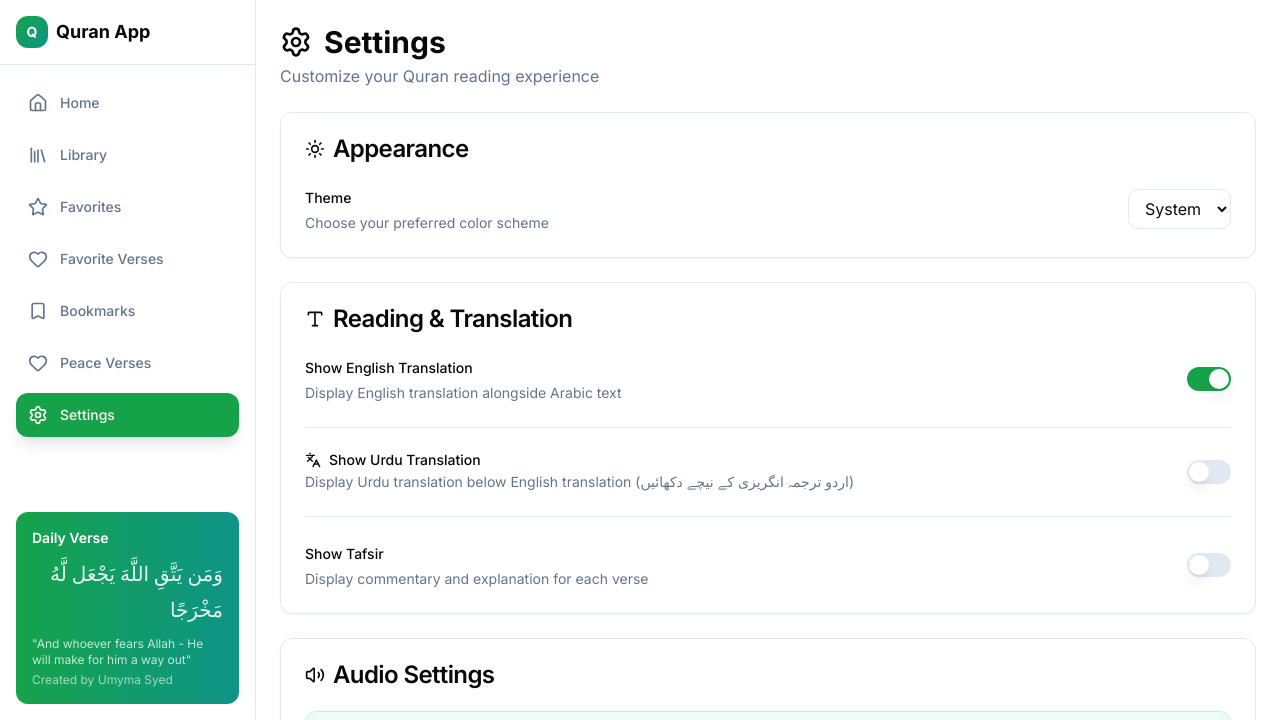
Repository: umymasyed/QuranApp
Page: /settings
An editor plug-in stored every save of this project. The page is shown before and after the next save, followed by the edit.
The browser window is 1280 px wide. The pictures show the whole page.
An inner scrolling area shows only its first screen. The project was rebuilt for these pictures with package versions that can differ from the ones it lists, and the page was loaded fresh each time. The framework's server and built-in components were replaced by stand-ins that run in the browser. Also part of the build but not shown: next.config.mjs, components/audio-player.tsx.

Above is the page before, as saved 2025-07-27 19:16:47.

### app/layout.tsx
import type React from "react"
import type { Metadata } from "next"
import { Inter } from "next/font/google"
import "./globals.css"
import { ThemeProvider } from "@/components/theme-provider"
import { AudioProvider } from "@/components/audio-provider"
import { AppLayout } from "@/components/app-layout"

const inter = Inter({ subsets: ["latin"] })

export const metadata: Metadata = {
  title: "Quran App - Modern Audio Experience",
  description: "A modern Quran app with Spotify-style UI for audio recitation",
  manifest: "/manifest.json",
  icons: {
    icon: [
      { url: "/favroite.png", sizes: "192x192", type: "image/png" },
      { url: "/favroite.png", sizes: "512x512", type: "image/png" },
    ],
    apple: [{ url: "/favroite.png", sizes: "192x192", type: "image/png" }],
  },
  generator: 'v0.dev'
}

export default function RootLayout({
  children,
}: {
  children: React.ReactNode
}) {
  return (
    <html lang="en" suppressHydrationWarning>
      <head>
        <meta name="theme-color" content="#16a34a" />
        <meta name="apple-mobile-web-app-capable" content="yes" />
        <meta name="apple-mobile-web-app-status-bar-style" content="default" />
        <meta name="apple-mobile-web-app-title" content="Quran App" />

        {/* ✅ Added manifest & icon links below */}
        <link rel="manifest" href="/manifest.json" />
        <link rel="icon" href="/favroite.png" />
        <link rel="apple-touch-icon" href="/favroite.png" sizes="192x192" />
      </head>
      <body className={inter.className}>
        <ThemeProvider attribute="class" defaultTheme="system" enableSystem>
          <AudioProvider>
            <AppLayout>{children}</AppLayout>
          </AudioProvider>
        </ThemeProvider>
      </body>
    </html>
  )
}

### app/settings/page.tsx
"use client"

import { useState, useEffect } from "react"
import { Settings, Sun, Type, Volume2, Trash2, Download, BookOpen, Languages } from "lucide-react"
import { Button } from "@/components/ui/button"
import { Card, CardContent, CardHeader, CardTitle } from "@/components/ui/card"
import { Switch } from "@/components/ui/switch"
import { Label } from "@/components/ui/label"
import { Select, SelectContent, SelectItem, SelectTrigger, SelectValue } from "@/components/ui/select"
import { Slider } from "@/components/ui/slider"
import { Separator } from "@/components/ui/separator"
import { useTheme } from "next-themes"
import { storage } from "@/lib/storage"
import type { UserPreferences } from "@/lib/types"

export default function SettingsPage() {
  const { theme, setTheme } = useTheme()
  const [preferences, setPreferences] = useState<UserPreferences>({
    theme: "light",
    showTranslation: true,
    showUrduTranslation: false,
    showTafsir: false,
    autoPlay: false,
    surahPageVerseAutoPlay: false,
    selectedReciter: 1,
    selectedVerseReciter: 1,
    verseAudioEnabled: true,
    defaultVolume: 70,
  })

  useEffect(() => {
    setPreferences(storage.getPreferences())
  }, [])

  const updatePreference = (key: keyof UserPreferences, value: any) => {
    const newPreferences = { ...preferences, [key]: value }
    setPreferences(newPreferences)
    storage.setPreferences(newPreferences)
  }

  const clearAllData = () => {
    if (
      confirm("Are you sure you want to clear all app data? This will remove all bookmarks, history, and preferences.")
    ) {
      storage.clearAll()
      setPreferences({
        theme: "light",
        showTranslation: true,
        showUrduTranslation: false,
        showTafsir: false,
        autoPlay: false,
        surahPageVerseAutoPlay: false,
        selectedReciter: 1,
        selectedVerseReciter: 1,
        verseAudioEnabled: true,
        defaultVolume: 70,
      })
      alert("All data has been cleared.")
    }
  }

  return (
    <div className="p-6 space-y-6">
      {/* Header */}
      <div className="space-y-1">
        <h1 className="text-3xl font-bold flex items-center">
          <Settings className="h-8 w-8 mr-3" />
          Settings
        </h1>
        <p className="text-muted-foreground">Customize your Quran reading experience</p>
      </div>

      {/* Appearance Settings */}
      <Card>
        <CardHeader>
          <CardTitle className="flex items-center">
            <Sun className="h-5 w-5 mr-2" />
            Appearance
          </CardTitle>
        </CardHeader>
        <CardContent className="space-y-6">
          <div className="flex items-center justify-between">
            <div className="space-y-1">
              <Label>Theme</Label>
              <p className="text-sm text-muted-foreground">Choose your preferred color scheme</p>
            </div>
            <select
              value={theme}
              onChange={(e) => setTheme(e.target.value)}
              className="px-3 py-2 border rounded-md bg-background"
            >
              <option value="light">Light</option>
              <option value="dark">Dark</option>
              <option value="system">System</option>
            </select>
          </div>
        </CardContent>
      </Card>

      {/* Reading Settings */}
      <Card>
        <CardHeader>
          <CardTitle className="flex items-center">
            <Type className="h-5 w-5 mr-2" />
            Reading & Translation
          </CardTitle>
        </CardHeader>
        <CardContent className="space-y-6">
          <div className="flex items-center justify-between">
            <div className="space-y-1">
              <Label>Show English Translation</Label>
              <p className="text-sm text-muted-foreground">Display English translation alongside Arabic text</p>
            </div>
            <Switch
              checked={preferences.showTranslation}
              onCheckedChange={(checked) => updatePreference("showTranslation", checked)}
            />
          </div>

          <Separator />

          <div className="flex items-center justify-between">
            <div className="space-y-1">
              <Label className="flex items-center">
                <Languages className="h-4 w-4 mr-2" />
                Show Urdu Translation
              </Label>
              <p className="text-sm text-muted-foreground">
                Display Urdu translation below English translation (اردو ترجمہ انگریزی کے نیچے دکھائیں)
              </p>
            </div>
            <Switch
              checked={preferences.showUrduTranslation}
              onCheckedChange={(checked) => updatePreference("showUrduTranslation", checked)}
              disabled={!preferences.showTranslation}
            />
          </div>

          {!preferences.showTranslation && (
            <div className="bg-amber-50 dark:bg-amber-900/20 p-3 rounded-lg border border-amber-200 dark:border-amber-800">
              <p className="text-sm text-amber-800 dark:text-amber-200">
                Enable "Show English Translation" first to use Urdu translation
              </p>
            </div>
          )}

          <Separator />

          <div className="flex items-center justify-between">
            <div className="space-y-1">
              <Label>Show Tafsir</Label>
              <p className="text-sm text-muted-foreground">Display commentary and explanation for each verse</p>
            </div>
            <Switch
              checked={preferences.showTafsir}
              onCheckedChange={(checked) => updatePreference("showTafsir", checked)}
            />
          </div>
        </CardContent>
      </Card>

      {/* Audio Settings */}
      <Card>
        <CardHeader>
          <CardTitle className="flex items-center">
            <Volume2 className="h-5 w-5 mr-2" />
            Audio Settings
          </CardTitle>
        </CardHeader>
        <CardContent className="space-y-6">
          <div className="bg-green-50 dark:bg-green-900/20 p-4 rounded-lg border border-green-200 dark:border-green-800">
            <div className="flex items-center space-x-3">
              <div className="w-12 h-12 bg-gradient-to-br from-green-600 to-teal-600 rounded-lg flex items-center justify-center">
                <Volume2 className="h-6 w-6 text-white" />
              </div>
              <div>
                <h3 className="font-semibold text-green-800 dark:text-green-200">Mishary Rashid Al Afasy</h3>
                <p className="text-sm text-green-600 dark:text-green-300 arabic-text">مشاري بن راشد العفاسي</p>
                <p className="text-xs text-green-600 dark:text-green-400">Premium Reciter - Beautiful Voice</p>
              </div>
            </div>
          </div>

          <div className="flex items-center justify-between">
            <div className="space-y-1">
              <Label>Auto Play</Label>
              <p className="text-sm text-muted-foreground">
                Enable autoplay for surah-to-surah playback. Also required for verse-to-verse autoplay (along with surah
                page setting).
              </p>
            </div>
            <Switch
              checked={preferences.autoPlay}
              onCheckedChange={(checked) => updatePreference("autoPlay", checked)}
            />
          </div>

          <Separator />

          <div className="flex items-center justify-between">
            <div className="space-y-1">
              <Label>Verse Audio</Label>
              <p className="text-sm text-muted-foreground">Enable individual verse audio playback buttons</p>
            </div>
            <Switch
              checked={preferences.verseAudioEnabled}
              onCheckedChange={(checked) => updatePreference("verseAudioEnabled", checked)}
            />
          </div>

          <Separator />

          <div className="space-y-3">
            <div className="flex items-center justify-between">
              <Label>Default Volume</Label>
              <span className="text-sm text-muted-foreground">{preferences.defaultVolume}%</span>
            </div>
            <Slider
              value={[preferences.defaultVolume]}
              onValueChange={(value) => updatePreference("defaultVolume", value[0])}
              max={100}
              step={1}
              className="w-full"
            />
            <p className="text-xs text-muted-foreground">
              This volume will be applied when any audio starts and on page reload
            </p>
          </div>
        </CardContent>
      </Card>

      {/* Storage & Data */}
      <Card>
        <CardHeader>
          <CardTitle className="flex items-center">
            <Download className="h-5 w-5 mr-2" />
            Storage & Data
          </CardTitle>
        </CardHeader>
        <CardContent className="space-y-6">
          <div className="space-y-4">
            <div className="flex items-center justify-between">
              <div className="space-y-1">
                <Label>Bookmarks</Label>
                <p className="text-sm text-muted-foreground">{storage.getBookmarks().length} saved verses</p>
              </div>
            </div>

            <div className="flex items-center justify-between">
              <div className="space-y-1">
                <Label>Recently Played</Label>
                <p className="text-sm text-muted-foreground">{storage.getRecentlyPlayed().length} surahs in history</p>
              </div>
            </div>

            <Separator />

            <div className="flex items-center justify-between">
              <div className="space-y-1">
                <Label className="text-destructive">Clear All Data</Label>
                <p className="text-sm text-muted-foreground">Remove all bookmarks, history, and preferences</p>
              </div>
              <Button variant="destructive" onClick={clearAllData}>
                <Trash2 className="h-4 w-4 mr-2" />
                Clear All
              </Button>
            </div>
          </div>
        </CardContent>
      </Card>

      {/* About */}
      <Card>
        <CardHeader>
          <CardTitle className="flex items-center">
            <BookOpen className="h-5 w-5 mr-2" />
            About
          </CardTitle>
        </CardHeader>
        <CardContent className="space-y-4">
          <div className="space-y-2">
            <h3 className="font-semibold">Complete Quran App</h3>
            <p className="text-sm text-muted-foreground">
              A comprehensive Quran reading and listening experience with all 114 chapters, beautiful recitation by
              Mishary Rashid Al Afasy, translations in English and Urdu, and Tafsir.
            </p>
          </div>
          <Separator />
          <div className="text-xs text-muted-foreground space-y-1">
            <p>Version 2.1.0 - Dual Translation Edition</p>
            <p>All 114 Surahs • Mishary Al Afasy Recitation • English & Urdu Translations • Tafsir Support</p>
            <p>Built with Next.js and Tailwind CSS</p>
            <p>Audio by Mishary Rashid Al Afasy (مشاري بن راشد العفاسي)</p>
            <p>Created by Umyma Syed</p>
          </div>
        </CardContent>
      </Card>
    </div>
  )
}

### components/app-layout.tsx
"use client"

import type React from "react"
import { useState } from "react"
import { Menu } from "lucide-react"
import { Button } from "@/components/ui/button"
import { Sidebar } from "./sidebar"
import { AudioPlayer } from "./audio-player"
import { useAudio } from "./audio-provider"

export function AppLayout({ children }: { children: React.ReactNode }) {
  const [sidebarOpen, setSidebarOpen] = useState(false)
  const { state } = useAudio()

  return (
    <div className="flex h-screen bg-background overflow-hidden">
      {/* Sidebar */}
      <Sidebar isOpen={sidebarOpen} onClose={() => setSidebarOpen(false)} />

      {/* Main Content */}
      <div className="flex-1 flex flex-col min-w-0">
        {/* Mobile Header */}
        <div className="lg:hidden flex items-center justify-between p-4 border-b bg-card/50 backdrop-blur-sm">
          <Button variant="ghost" size="icon" onClick={() => setSidebarOpen(true)} className="lg:hidden">
            <Menu className="h-5 w-5" />
          </Button>
          <div className="flex items-center space-x-2">
            <div className="w-8 h-8 bg-gradient-to-br from-purple-600 to-blue-600 rounded-lg flex items-center justify-center">
              <span className="text-white font-bold text-sm">Q</span>
            </div>
            <span className="font-bold text-lg">Quran App</span>
          </div>
          <div className="w-10" />
        </div>

        <main className="flex-1 overflow-y-auto pb-20 lg:pb-24">{children}</main>

        {/* Audio Player */}
        {state.currentSurah && <AudioPlayer />}
      </div>

      {/* Mobile Sidebar Overlay */}
      {sidebarOpen && (
        <div
          className="fixed inset-0 bg-black/50 z-40 lg:hidden backdrop-blur-sm"
          onClick={() => setSidebarOpen(false)}
        />
      )}
    </div>
  )
}

### components/ui/button.tsx
import * as React from "react"
import { Slot } from "@radix-ui/react-slot"
import { cva, type VariantProps } from "class-variance-authority"

import { cn } from "@/lib/utils"

const buttonVariants = cva(
  "inline-flex items-center justify-center gap-2 whitespace-nowrap rounded-md text-sm font-medium ring-offset-background transition-colors focus-visible:outline-none focus-visible:ring-2 focus-visible:ring-ring focus-visible:ring-offset-2 disabled:pointer-events-none disabled:opacity-50 [&_svg]:pointer-events-none [&_svg]:size-4 [&_svg]:shrink-0",
  {
    variants: {
      variant: {
        default: "bg-primary text-primary-foreground hover:bg-primary/90",
        destructive:
          "bg-destructive text-destructive-foreground hover:bg-destructive/90",
        outline:
          "border border-input bg-background hover:bg-accent hover:text-accent-foreground",
        secondary:
          "bg-secondary text-secondary-foreground hover:bg-secondary/80",
        ghost: "hover:bg-accent hover:text-accent-foreground",
        link: "text-primary underline-offset-4 hover:underline",
      },
      size: {
        default: "h-10 px-4 py-2",
        sm: "h-9 rounded-md px-3",
        lg: "h-11 rounded-md px-8",
        icon: "h-10 w-10",
      },
    },
    defaultVariants: {
      variant: "default",
      size: "default",
    },
  }
)

export interface ButtonProps
  extends React.ButtonHTMLAttributes<HTMLButtonElement>,
    VariantProps<typeof buttonVariants> {
  asChild?: boolean
}

const Button = React.forwardRef<HTMLButtonElement, ButtonProps>(
  ({ className, variant, size, asChild = false, ...props }, ref) => {
    const Comp = asChild ? Slot : "button"
    return (
      <Comp
        className={cn(buttonVariants({ variant, size, className }))}
        ref={ref}
        {...props}
      />
    )
  }
)
Button.displayName = "Button"

export { Button, buttonVariants }

### components/ui/card.tsx
import * as React from "react"

import { cn } from "@/lib/utils"

const Card = React.forwardRef<
  HTMLDivElement,
  React.HTMLAttributes<HTMLDivElement>
>(({ className, ...props }, ref) => (
  <div
    ref={ref}
    className={cn(
      "rounded-lg border bg-card text-card-foreground shadow-sm",
      className
    )}
    {...props}
  />
))
Card.displayName = "Card"

const CardHeader = React.forwardRef<
  HTMLDivElement,
  React.HTMLAttributes<HTMLDivElement>
>(({ className, ...props }, ref) => (
  <div
    ref={ref}
    className={cn("flex flex-col space-y-1.5 p-6", className)}
    {...props}
  />
))
CardHeader.displayName = "CardHeader"

const CardTitle = React.forwardRef<
  HTMLDivElement,
  React.HTMLAttributes<HTMLDivElement>
>(({ className, ...props }, ref) => (
  <div
    ref={ref}
    className={cn(
      "text-2xl font-semibold leading-none tracking-tight",
      className
    )}
    {...props}
  />
))
CardTitle.displayName = "CardTitle"

const CardDescription = React.forwardRef<
  HTMLDivElement,
  React.HTMLAttributes<HTMLDivElement>
>(({ className, ...props }, ref) => (
  <div
    ref={ref}
    className={cn("text-sm text-muted-foreground", className)}
    {...props}
  />
))
CardDescription.displayName = "CardDescription"

const CardContent = React.forwardRef<
  HTMLDivElement,
  React.HTMLAttributes<HTMLDivElement>
>(({ className, ...props }, ref) => (
  <div ref={ref} className={cn("p-6 pt-0", className)} {...props} />
))
CardContent.displayName = "CardContent"

const CardFooter = React.forwardRef<
  HTMLDivElement,
  React.HTMLAttributes<HTMLDivElement>
>(({ className, ...props }, ref) => (
  <div
    ref={ref}
    className={cn("flex items-center p-6 pt-0", className)}
    {...props}
  />
))
CardFooter.displayName = "CardFooter"

export { Card, CardHeader, CardFooter, CardTitle, CardDescription, CardContent }

### components/ui/switch.tsx
"use client"

import * as React from "react"
import * as SwitchPrimitives from "@radix-ui/react-switch"

import { cn } from "@/lib/utils"

const Switch = React.forwardRef<
  React.ElementRef<typeof SwitchPrimitives.Root>,
  React.ComponentPropsWithoutRef<typeof SwitchPrimitives.Root>
>(({ className, ...props }, ref) => (
  <SwitchPrimitives.Root
    className={cn(
      "peer inline-flex h-6 w-11 shrink-0 cursor-pointer items-center rounded-full border-2 border-transparent transition-colors focus-visible:outline-none focus-visible:ring-2 focus-visible:ring-ring focus-visible:ring-offset-2 focus-visible:ring-offset-background disabled:cursor-not-allowed disabled:opacity-50 data-[state=checked]:bg-primary data-[state=unchecked]:bg-input",
      className
    )}
    {...props}
    ref={ref}
  >
    <SwitchPrimitives.Thumb
      className={cn(
        "pointer-events-none block h-5 w-5 rounded-full bg-background shadow-lg ring-0 transition-transform data-[state=checked]:translate-x-5 data-[state=unchecked]:translate-x-0"
      )}
    />
  </SwitchPrimitives.Root>
))
Switch.displayName = SwitchPrimitives.Root.displayName

export { Switch }

### components/ui/label.tsx
"use client"

import * as React from "react"
import * as LabelPrimitive from "@radix-ui/react-label"
import { cva, type VariantProps } from "class-variance-authority"

import { cn } from "@/lib/utils"

const labelVariants = cva(
  "text-sm font-medium leading-none peer-disabled:cursor-not-allowed peer-disabled:opacity-70"
)

const Label = React.forwardRef<
  React.ElementRef<typeof LabelPrimitive.Root>,
  React.ComponentPropsWithoutRef<typeof LabelPrimitive.Root> &
    VariantProps<typeof labelVariants>
>(({ className, ...props }, ref) => (
  <LabelPrimitive.Root
    ref={ref}
    className={cn(labelVariants(), className)}
    {...props}
  />
))
Label.displayName = LabelPrimitive.Root.displayName

export { Label }

### components/ui/slider.tsx
"use client"

import * as React from "react"
import * as SliderPrimitive from "@radix-ui/react-slider"

import { cn } from "@/lib/utils"

const Slider = React.forwardRef<
  React.ElementRef<typeof SliderPrimitive.Root>,
  React.ComponentPropsWithoutRef<typeof SliderPrimitive.Root>
>(({ className, ...props }, ref) => (
  <SliderPrimitive.Root
    ref={ref}
    className={cn(
      "relative flex w-full touch-none select-none items-center",
      className
    )}
    {...props}
  >
    <SliderPrimitive.Track className="relative h-2 w-full grow overflow-hidden rounded-full bg-secondary">
      <SliderPrimitive.Range className="absolute h-full bg-primary" />
    </SliderPrimitive.Track>
    <SliderPrimitive.Thumb className="block h-5 w-5 rounded-full border-2 border-primary bg-background ring-offset-background transition-colors focus-visible:outline-none focus-visible:ring-2 focus-visible:ring-ring focus-visible:ring-offset-2 disabled:pointer-events-none disabled:opacity-50" />
  </SliderPrimitive.Root>
))
Slider.displayName = SliderPrimitive.Root.displayName

export { Slider }

### components/ui/separator.tsx
"use client"

import * as React from "react"
import * as SeparatorPrimitive from "@radix-ui/react-separator"

import { cn } from "@/lib/utils"

const Separator = React.forwardRef<
  React.ElementRef<typeof SeparatorPrimitive.Root>,
  React.ComponentPropsWithoutRef<typeof SeparatorPrimitive.Root>
>(
  (
    { className, orientation = "horizontal", decorative = true, ...props },
    ref
  ) => (
    <SeparatorPrimitive.Root
      ref={ref}
      decorative={decorative}
      orientation={orientation}
      className={cn(
        "shrink-0 bg-border",
        orientation === "horizontal" ? "h-[1px] w-full" : "h-full w-[1px]",
        className
      )}
      {...props}
    />
  )
)
Separator.displayName = SeparatorPrimitive.Root.displayName

export { Separator }

Loaded but not shown: components/theme-provider.tsx (common file); lib/utils.ts (common file); tailwind.config.ts (common file); lib/data-service.ts (831 lines, source omitted); components/audio-provider.tsx (638 lines, source omitted); lib/api.ts (246 lines, source omitted); components/ui/select.tsx (160 lines, source omitted); lib/storage.ts (133 lines, source omitted); components/sidebar.tsx (80 lines, source omitted); app/globals.css (123 lines, source omitted)

After the next save:
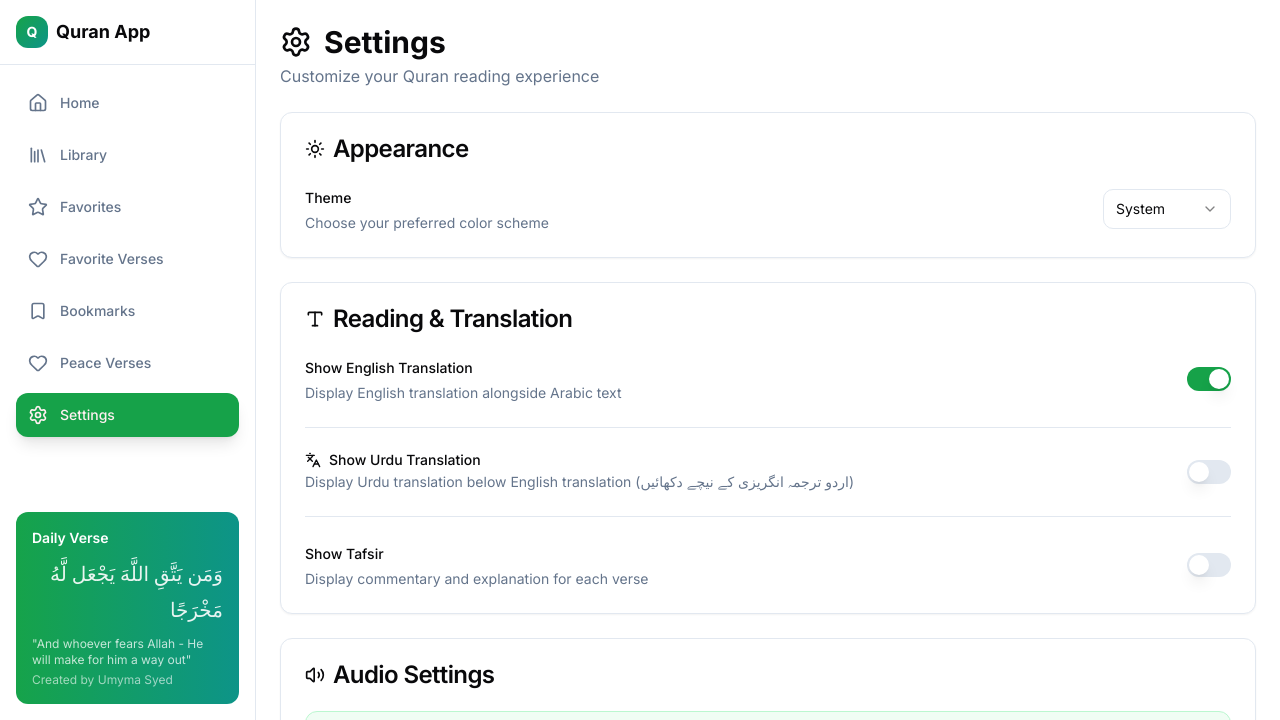
Saved 54 s later.
--- a/app/settings/page.tsx
+++ b/app/settings/page.tsx
@@ -84,15 +84,16 @@ export default function SettingsPage() {
               <Label>Theme</Label>
               <p className="text-sm text-muted-foreground">Choose your preferred color scheme</p>
             </div>
-            <select
-              value={theme}
-              onChange={(e) => setTheme(e.target.value)}
-              className="px-3 py-2 border rounded-md bg-background"
-            >
-              <option value="light">Light</option>
-              <option value="dark">Dark</option>
-              <option value="system">System</option>
-            </select>
+            <Select value={theme} onValueChange={setTheme}>
+              <SelectTrigger className="w-32">
+                <SelectValue />
+              </SelectTrigger>
+              <SelectContent>
+                <SelectItem value="light">Light</SelectItem>
+                <SelectItem value="dark">Dark</SelectItem>
+                <SelectItem value="system">System</SelectItem>
+              </SelectContent>
+            </Select>
           </div>
         </CardContent>
       </Card>
